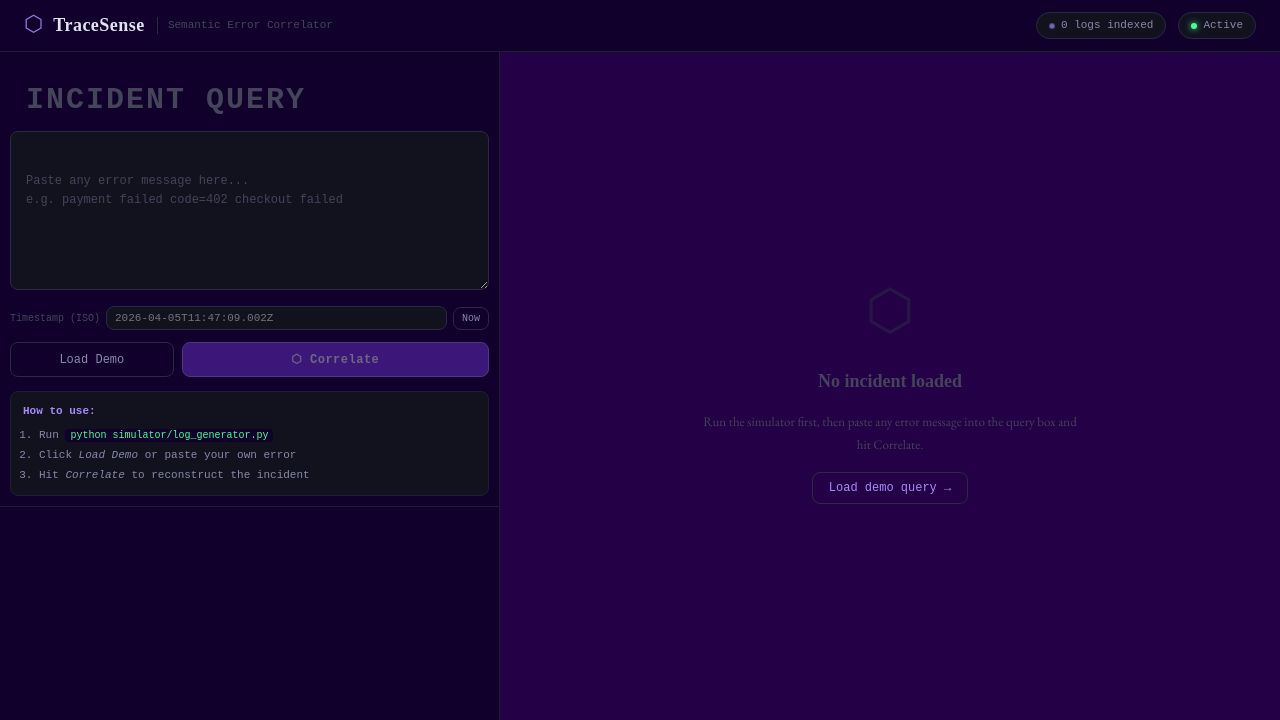
Repository: SaranyaM15/AI_Engineer_Journey
Page: / (app in tracesense/frontend/)
The author's editor kept a copy of each file at every save. The page is drawn from the files as they stood at one save, then again after the next save.
The browser window is 1280 px wide. The pictures show the whole page.
The page's requests for data from a server got no answer. Some web fonts or font styles are not loaded; a fallback is used. The project was rebuilt for these pictures with package versions that can differ from the ones it lists, and the page was loaded fresh each time. No one was signed in, and anything a server would have sent is missing. Also part of the build but not shown: tracesense/frontend/vite.config.js, tracesense/frontend/src/components/Timeline.jsx, tracesense/frontend/src/components/LogFeed.jsx.

Above is the page before, as saved 2026-04-05 19:00:52.

### tracesense/frontend/src/index.css
*, *::before, *::after {
  box-sizing: border-box;
  margin: 0;
  padding: 0;
}

html, body, #root {
  height: 100%;
  overflow: hidden;
}

### tracesense/frontend/src/App.jsx
import { useState, useEffect } from "react";
import axios from "axios";
import Timeline from "./components/Timeline";
import QueryPanel from "./components/QueryPanel";
import LogFeed from "./components/LogFeed";
import "./App.css";

const API = "http://localhost:8000";

export default function App() {
  const [query, setQuery] = useState("");
  const [timestamp, setTimestamp] = useState("");
  const [cluster, setCluster] = useState(null);
  const [loading, setLoading] = useState(false);
  const [logCount, setLogCount] = useState(0);
  const [error, setError] = useState(null);
  const [simulatorRunning, setSimulatorRunning] = useState(false);

  useEffect(() => {
    fetchLogCount();
    const interval = setInterval(fetchLogCount, 5000);
    return () => clearInterval(interval);
  }, []);

  async function fetchLogCount() {
    try {
      const res = await axios.get(`${API}/logs/count`);
      setLogCount(res.data.total_logs_stored);
    } catch {
      // backend not reachable yet
    }
  }

  async function runCorrelation() {
    if (!query.trim()) return;
    setLoading(true);
    setError(null);
    setCluster(null);

    const ts = timestamp || new Date().toISOString();

    try {
      const res = await axios.post(`${API}/correlate`, {
        message: query,
        timestamp: ts,
      });
      setCluster(res.data);
    } catch (e) {
      setError("Could not reach backend. Make sure uvicorn is running on :8000");
    } finally {
      setLoading(false);
    }
  }

  function handleDemo() {
    setQuery("payment failed code=402 checkout failed");
    setTimestamp("2026-04-05T11:47:09.002Z");
  }

  return (
    <div className="app">
      {/* Top Bar */}
      <header className="topbar">
        <div className="topbar-left">
          <span className="logo-icon">⬡</span>
          <span className="logo-text">TraceSense</span>
          <span className="logo-sub">Semantic Error Correlator</span>
        </div>
        <div className="topbar-right">
          <div className="stat-pill">
            <span className="stat-dot pulse" />
            <span>{logCount.toLocaleString()} logs indexed</span>
          </div>
          <div className="status-pill">
            <span className="status-dot" />
            <span>Active</span>
          </div>
        </div>
      </header>

      <div className="layout">
        {/* Left Panel */}
        <aside className="left-panel">
          <QueryPanel
            query={query}
            setQuery={setQuery}
            timestamp={timestamp}
            setTimestamp={setTimestamp}
            onCorrelate={runCorrelation}
            onDemo={handleDemo}
            loading={loading}
          />
          {cluster && (
            <LogFeed cluster={cluster} />
          )}
        </aside>

        {/* Main Timeline */}
        <main className="main-panel">
          {!cluster && !loading && (
            <div className="empty-state">
              <div className="empty-icon">⬡</div>
              <h2>No incident loaded</h2>
              <p>
                Run the simulator first, then paste any error message into
                the query box and hit Correlate.
              </p>
              <button className="demo-hint" onClick={handleDemo}>
                Load demo query →
              </button>
            </div>
          )}
          {loading && (
            <div className="empty-state">
              <div className="spinner" />
              <p>Correlating across services...</p>
            </div>
          )}
          {error && (
            <div className="empty-state error-state">
              <p>{error}</p>
            </div>
          )}
          {cluster && !loading && (
            <Timeline cluster={cluster} />
          )}
        </main>
      </div>
    </div>
  );
}

### tracesense/frontend/src/components/QueryPanel.jsx
export default function QueryPanel({
  query, setQuery, timestamp, setTimestamp,
  onCorrelate, onDemo, loading
}) {
  return (
    <div className="query-panel">
      <div className="panel-label">INCIDENT QUERY</div>

      <textarea
        className="query-input"
        placeholder="Paste any error message here...&#10;e.g. payment failed code=402 checkout failed"
        value={query}
        onChange={e => setQuery(e.target.value)}
        rows={4}
      />

      <div className="ts-row">
        <label className="ts-label">Timestamp (ISO)</label>
        <input
          className="ts-input"
          placeholder="2026-04-05T11:47:09.002Z"
          value={timestamp}
          onChange={e => setTimestamp(e.target.value)}
        />
        <button
          className="now-btn"
          onClick={() => setTimestamp(new Date().toISOString())}
        >
          Now
        </button>
      </div>

      <div className="btn-row">
        <button className="demo-btn" onClick={onDemo}>
          Load Demo
        </button>
        <button
          className="correlate-btn"
          onClick={onCorrelate}
          disabled={loading || !query.trim()}
        >
          {loading ? "Correlating..." : "⬡ Correlate"}
        </button>
      </div>

      <div className="hint-box">
        <strong>How to use:</strong>
        <ol>
          <li>Run <code>python simulator/log_generator.py</code></li>
          <li>Click <em>Load Demo</em> or paste your own error</li>
          <li>Hit <em>Correlate</em> to reconstruct the incident</li>
        </ol>
      </div>
    </div>
  );
}

### tracesense/frontend/src/App.css
@import url('https://fonts.googleapis.com/css2?family=Boldonse&family=JetBrains+Mono:wght@400;500;700&display=swap');
@import url('https://fonts.googleapis.com/css2?family=Boldonse&family=EB+Garamond:wght@400;500;700&family=JetBrains+Mono:wght@400;500;700&display=swap');
/* ── Variables ── */
:root {
  --bg:         #240046;
  --bg2:        #10002B;
  --bg3:        #12121f;
  --border:     #1e1e35;
  --border2:    #2a2a45;
  --accent:     #a78bfa;
  --accent2:    #7c3aed;
  --text:       #e2e2f0;
  --text2:      #8888aa;
  --text3:      #44445a;
  --mono:       '', monospace;
  --display: 'Boldonse', cursive;
  --error:      #ff4d4d;
  --warn:       #f5a623;
  --info:       #4dff91;
  --radius:     8px;
}

/* ── Reset ── */
*, *::before, *::after { box-sizing: border-box; margin: 0; padding: 0; }

body {
  background:  var(--bg);
  color:       var(--text);
  font-family: var(--mono);
  font-size:   13px;
  line-height: 1.5;
  overflow:    hidden;
  height:      100vh;
}

#root { height: 100vh; display: flex; flex-direction: column; }

/* ── App Layout ── */
.app {
  display:        flex;
  flex-direction: column;
  height:         100vh;
  overflow:       hidden;
}

/* ── Topbar ── */
.topbar {
  display:         flex;
  align-items:     center;
  justify-content: space-between;
  padding:         0 24px;
  height:          52px;
  background:      var(--bg2);
  border-bottom:   1px solid var(--border);
  flex-shrink:     0;
}

.topbar-left {
  display:     flex;
  align-items: center;
  gap:         10px;
}

.logo-icon {
  color:       var(--accent);
  font-size:   22px;
  line-height: 1;
  animation:   pulse-icon 3s ease-in-out infinite;
}

@keyframes pulse-icon {
  0%, 100% { opacity: 1; }
  50%       { opacity: 0.5; }
}

.logo-text {
  font-family: var(--display);
  font-weight: 800;
  font-size:   18px;
  letter-spacing: 0.5px;
  color:       var(--text);
}

.logo-sub {
  color:       var(--text3);
  font-size:   11px;
  border-left: 1px solid var(--border2);
  padding-left: 10px;
  margin-left:  2px;
}

.topbar-right {
  display:     flex;
  align-items: center;
  gap:         12px;
}

.stat-pill, .status-pill {
  display:       flex;
  align-items:   center;
  gap:           6px;
  padding:       4px 12px;
  border-radius: 20px;
  border:        1px solid var(--border2);
  background:    var(--bg3);
  font-size:     11px;
  color:         var(--text2);
}

.stat-dot {
  width:         6px;
  height:        6px;
  border-radius: 50%;
  background:    var(--accent);
}

.stat-dot.pulse {
  animation: dot-pulse 2s ease-in-out infinite;
}

@keyframes dot-pulse {
  0%, 100% { opacity: 1; transform: scale(1); }
  50%       { opacity: 0.4; transform: scale(0.8); }
}

.status-dot {
  width:         6px;
  height:        6px;
  border-radius: 50%;
  background:    var(--info);
  box-shadow:    0 0 6px var(--info);
}

/* ── Main Layout ── */
.layout {
  display:  flex;
  flex:     1;
  overflow: hidden;
}

/* ── Left Panel ── */
.left-panel {
  width:        500px;
  flex-shrink:  0;
  background:   var(--bg2);
  border-right: 1px solid var(--border);
  display:      flex;
  flex-direction: column;
  overflow:     hidden;
}

.panel-label {
  font-size:      30px;
  letter-spacing: 2px;
  color:          var(--text3);
  font-weight:    700;
  padding:        16px 16px 8px;
  display:        flex;
  align-items:    center;
  gap:            8px;
}

.count-badge {
  background:    var(--accent2);
  color:         white;
  border-radius: 10px;
  padding:       1px 7px;
  font-size:     10px;
}

/* ── Query Panel ── */
.query-panel {
  padding:     10px;
  border-bottom: 1px solid var(--border);
  flex-shrink: 0;
}

.query-input {
  width:        100%;
  background:   var(--bg3);
  border:       1px solid var(--border2);
  border-radius: var(--radius);
  color:        var(--text);
  font-family:  var(--mono);
  font-size:    12px;
  padding:      40px 15px;
  resize:       vertical;
  outline:      none;
  transition:   border-color 0.2s;
  line-height:  1.6;
}

.query-input:focus {
  border-color: var(--accent);
}

.query-input::placeholder { color: var(--text3); }

.ts-row {
  display:     flex;
  align-items: center;
  gap:         6px;
  margin-top:  10px;
}

.ts-label {
  font-size:   10px;
  color:       var(--text3);
  white-space: nowrap;
}

.ts-input {
  flex:         1;
  background:   var(--bg3);
  border:       1px solid var(--border2);
  border-radius: var(--radius);
  color:        var(--text2);
  font-family:  var(--mono);
  font-size:    11px;
  padding:      5px 8px;
  outline:      none;
  min-width:    0;
}

.ts-input:focus { border-color: var(--accent); }

.now-btn {
  background:    transparent;
  border:        1px solid var(--border2);
  border-radius: var(--radius);
  color:         var(--text2);
  font-family:   var(--mono);
  font-size:     10px;
  padding:       5px 8px;
  cursor:        pointer;
  white-space:   nowrap;
  transition:    all 0.15s;
}

.now-btn:hover {
  border-color: var(--accent);
  color:        var(--accent);
}

.btn-row {
  display:    flex;
  gap:        8px;
  margin-top: 12px;
}

.demo-btn {
  flex:          1;
  background:    transparent;
  border:        1px solid var(--border2);
  border-radius: var(--radius);
  color:         var(--text2);
  font-family:   var(--mono);
  font-size:     12px;
  padding:       9px;
  cursor:        pointer;
  transition:    all 0.15s;
}

.demo-btn:hover {
  border-color: var(--accent);
  color:        var(--accent);
}

.correlate-btn {
  flex:          2;
  background:    var(--accent2);
  border:        1px solid var(--accent);
  border-radius: var(--radius);
  color:         white;
  font-family:   var(--mono);
  font-size:     12px;
  font-weight:   700;
  padding:       9px;
  cursor:        pointer;
  transition:    all 0.15s;
  letter-spacing: 0.5px;
}

.correlate-btn:hover:not(:disabled) {
  background: var(--accent);
  box-shadow: 0 0 20px var(--accent2);
}

.correlate-btn:disabled {
  opacity: 0.4;
  cursor: not-allowed;
}

.hint-box {
  margin-top:    14px;
  background:    var(--bg3);
  border:        1px solid var(--border);
  border-radius: var(--radius);
  padding:       10px 12px;
  font-size:     11px;
  color:         var(--text2);
  line-height:   1.8;
}

.hint-box strong { color: var(--accent); }
.hint-box ol { padding-left: 16px; margin-top: 4px; }
.hint-box code {
  background:    var(--bg2);
  padding:       1px 5px;
  border-radius: 4px;
  color:         var(--info);
  font-size:     10px;
}

/* ── Log Feed ── */
.log-feed {
  flex:      1;
  overflow:  hidden;
  display:   flex;
  flex-direction: column;
}

.log-list {
  flex:       1;
  overflow-y: auto;
  padding:    8px;
  display:    flex;
  flex-direction: column;
  gap:        6px;
}

.log-list::-webkit-scrollbar { width: 4px; }
.log-list::-webkit-scrollbar-track { background: transparent; }
.log-list::-webkit-scrollbar-thumb { background: var(--border2); border-radius: 2px; }

.log-card {
  background:    var(--bg3);
  border:        1px solid var(--border);
  border-radius: var(--radius);
  padding:       10px;
  transition:    border-color 0.15s;
  animation:     slide-in 0.3s ease both;
}

@keyframes slide-in {
  from { opacity: 0; transform: translateX(-10px); }
  to   { opacity: 1; transform: translateX(0); }
}

.log-card:hover { border-color: var(--border2); }

.log-card-top {
  display:     flex;
  align-items: center;
  gap:         6px;
  margin-bottom: 5px;
}

.log-icon   { font-size: 14px; }
.log-level  { font-size: 10px; font-weight: 700; letter-spacing: 1px; }
.log-service { flex: 1; font-size: 11px; color: var(--text2); }
.log-score  { font-size: 11px; color: var(--accent); font-weight: 700; }

.log-message {
  font-size:   11px;
  color:       var(--text);
  line-height: 1.5;
  word-break:  break-word;
  margin-bottom: 6px;
}

.log-meta {
  display:         flex;
  justify-content: space-between;
  align-items:     center;
  font-size:       10px;
  color:           var(--text3);
}

.score-bars {
  display: flex;
  gap:     8px;
}

.score-bars span { color: var(--text3); }

.conf-bar-bg {
  height:        2px;
  background:    var(--border);
  border-radius: 1px;
  margin-top:    6px;
  overflow:      hidden;
}

.conf-bar-fill {
  height:     100%;
  background: linear-gradient(90deg, var(--accent2), var(--accent));
  border-radius: 1px;
  transition: width 0.5s ease;
}

/* ── Main Panel ── */
.main-panel {
  flex:        1;
  overflow-y:  auto;
  font-family: 'EB Garamond', serif;
  color:       #ffffff;
  padding:     24px;
}
.main-panel::-webkit-scrollbar { width: 5px; }
.main-panel::-webkit-scrollbar-track { background: transparent; }
.main-panel::-webkit-scrollbar-thumb { background: var(--border2); border-radius: 3px; }

/* ── Empty State ── */
.empty-state {
  display:         flex;
  flex-direction:  column;
  align-items:     center;
  justify-content: center;
  height:          100%;
  gap:             16px;
  text-align:      center;
  color:           var(--text2);
  animation:       fade-in 0.4s ease;
}

@keyframes fade-in {
  from { opacity: 0; }
  to   { opacity: 1; }
}

.empty-icon {
  font-size:  56px;
  color:      var(--border2);
  animation:  pulse-icon 4s ease-in-out infinite;
}

.empty-state h2 {
  font-family: var(--display);
  font-weight: 600;
  color:       var(--text3);
  font-size:   18px;
}

.empty-state p {
  max-width:  380px;
  color:      var(--text3);
  font-size:  13px;
  line-height: 1.7;
}

.demo-hint {
  background:    transparent;
  border:        1px solid var(--border2);
  border-radius: var(--radius);
  color:         var(--accent);
  font-family:   var(--mono);
  font-size:     12px;
  padding:       8px 16px;
  cursor:        pointer;
  transition:    all 0.15s;
}

.demo-hint:hover {
  border-color: var(--accent);
  box-shadow:   0 0 14px var(--accent2);
}

.error-state { color: var(--error); }

/* ── Spinner ── */
.spinner {
  width:         36px;
  height:        36px;
  border:        3px solid var(--border2);
  border-top:    3px solid var(--accent);
  border-radius: 50%;
  animation:     spin 0.8s linear infinite;
}

@keyframes spin {
  to { transform: rotate(360deg); }
}

/* ── Timeline ── */
.timeline-wrap {
  display:        flex;
  flex-direction: column;
  gap:            20px;
  animation:      fade-in 0.4s ease;
}

.timeline-header {
  border-bottom: 1px solid var(--border);
  padding-bottom: 16px;
}

.tl-title {
  font-family: var(--display);
  font-weight: 700;
  font-size:   20px;
  color:       var(--text);
  display:     flex;
  align-items: center;
  gap:         12px;
  margin-bottom: 6px;
}

.tl-badge {
  font-family:   var(--mono);
  font-size:     11px;
  font-weight:   400;
  background:    var(--accent2);
  color:         white;
  padding:       2px 10px;
  border-radius: 10px;
}

.tl-query {
  font-size:  12px;
  color:      var(--text3);
}

.tl-query em {
  color:      var(--accent);
  font-style: normal;
}

/* ── Swim Lanes ── */
.swim-container {
  display:        flex;
  flex-direction: column;
  gap:            0;
}

.swim-lane {
  display:     flex;
  align-items: stretch;
  min-height:  80px;
  border-bottom: 1px solid var(--border);
}

.swim-lane:last-child { border-bottom: none; }

.lane-label {
  width:          160px;
  flex-shrink:    0;
  display:        flex;
  align-items:    center;
  gap:            8px;
  padding:        16px 12px;
  border-left:    3px solid transparent;
  font-size:      11px;
  color:          var(--text2);
  background:     var(--bg2);
}

.lane-dot {
  width:         8px;
  height:        8px;
  border-radius: 50%;
  flex-shrink:   0;
}

.lane-track {
  flex:       1;
  position:   relative;
  padding:    16px 20px;
  display:    flex;
  flex-direction: column;
  gap:        10px;
}

.lane-line {
  position:     absolute;
  left:         0;
  right:        0;
  top:          50%;
  height:       1px;
  border-top:   1px dashed;
  pointer-events: none;
  z-index:      0;
}

.lane-event {
  display:     flex;
  align-items: flex-start;
  gap:         12px;
  position:    relative;
  z-index:     1;
}

.event-dot {
  width:         14px;
  height:        14px;
  border-radius: 50%;
  border:        2px solid;
  flex-shrink:   0;
  margin-top:    3px;
  cursor:        pointer;
  transition:    transform 0.15s;
}

.event-dot:hover { transform: scale(1.4); }

.event-card {
  background:    var(--bg3);
  border:        1px solid var(--border);
  border-left:   3px solid;
  border-radius: var(--radius);
  padding:       8px 12px;
  flex:          1;
  animation:     slide-in 0.3s ease both;
}

.event-card-top {
  display:     flex;
  align-items: center;
  gap:         8px;
  margin-bottom: 4px;
}

.event-level {
  font-size:      10px;
  font-weight:    700;
  letter-spacing: 1px;
}

.event-time  { font-size: 10px; color: var(--text3); }
.event-score { font-size: 10px; color: var(--accent); margin-left: auto; }

.event-message {
  font-size:  11px;
  color:      var(--text);
  word-break: break-word;
  line-height: 1.5;
}

/* ── Root Cause Banner ── */
.root-cause-banner {
  display:       flex;
  align-items:   center;
  gap:           12px;
  background:    linear-gradient(135deg, #1a0a2e, #0d0d1a);
  border:        1px solid var(--accent2);
  border-radius: var(--radius);
  padding:       12px 18px;
  font-size:     12px;
  box-shadow:    0 0 24px #7c3aed22;
}

.rc-label {
  color:          var(--accent);
  font-weight:    700;
  letter-spacing: 1px;
  font-size:      10px;
  white-space:    nowrap;
}

.rc-service {
  background:    var(--accent2);
  color:         white;
  padding:       2px 10px;
  border-radius: 10px;
  font-size:     11px;
  white-space:   nowrap;
}

.rc-message {
  flex:      1;
  color:     var(--text2);
  font-size: 11px;
  overflow:  hidden;
  text-overflow: ellipsis;
  white-space:   nowrap;
}

.rc-time {
  color:      var(--text3);
  font-size:  11px;
  white-space: nowrap;
}

/* ── Canvas ── */
.connector-canvas {
  z-index: 2;
}

Loaded but not shown: tracesense/frontend/src/main.jsx (common file)

After the next save:
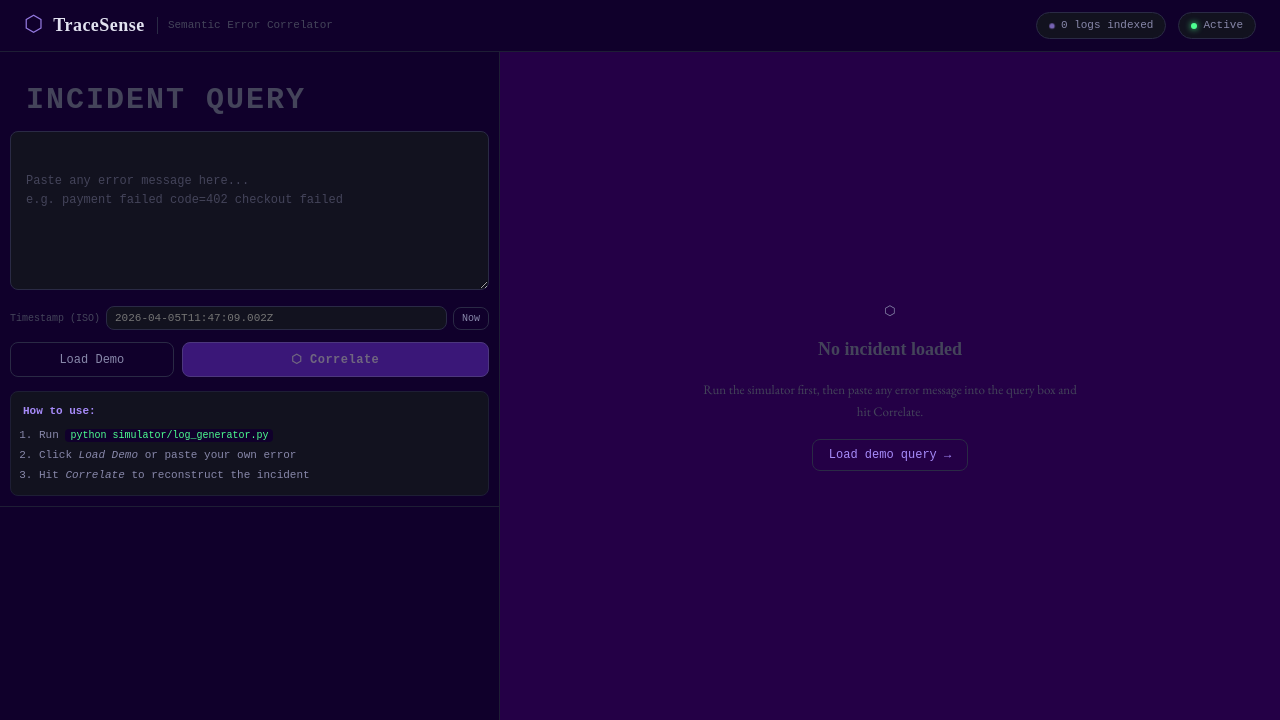
Saved 59 s later.
--- a/tracesense/frontend/src/App.css
+++ b/tracesense/frontend/src/App.css
@@ -429,11 +429,6 @@ body {
   to   { opacity: 1; }
 }
 
-.empty-icon {
-  font-size:  56px;
-  color:      var(--border2);
-  animation:  pulse-icon 4s ease-in-out infinite;
-}
 
 .empty-state h2 {
   font-family: var(--display);
